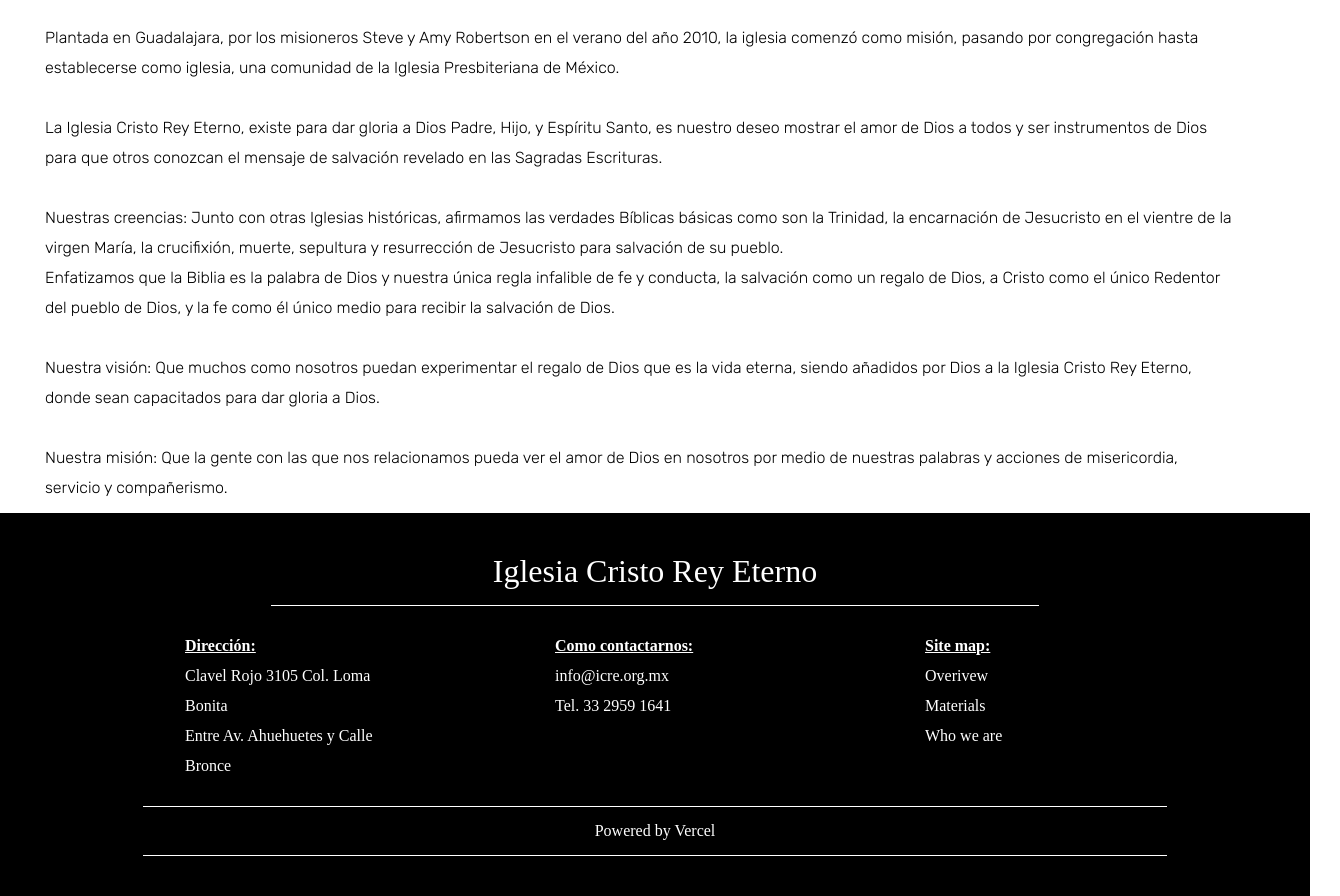
Repository: programmer686/Third-times-a-charm
Page: /About
These files come from the project's save history. The page is drawn as it stood at one moment and after the next save; the edit follows.
The browser window is 1280 px wide. The page is 1340 px wide, so the pictures cover 1340 px, including what lies to the right of the window. The pictures show the part of the page from y = 573 to 1469 px (the page is 1469 px tall).
The project was rebuilt for these pictures with package versions that can differ from the ones it lists, and the page was loaded fresh each time. The framework's server and built-in components were replaced by stand-ins that run in the browser. Also part of the build but not shown: next.config.js, src/styles/Layout.module.css.

Above is the page before, as saved 2023-04-24 20:19:28.

After the next save:
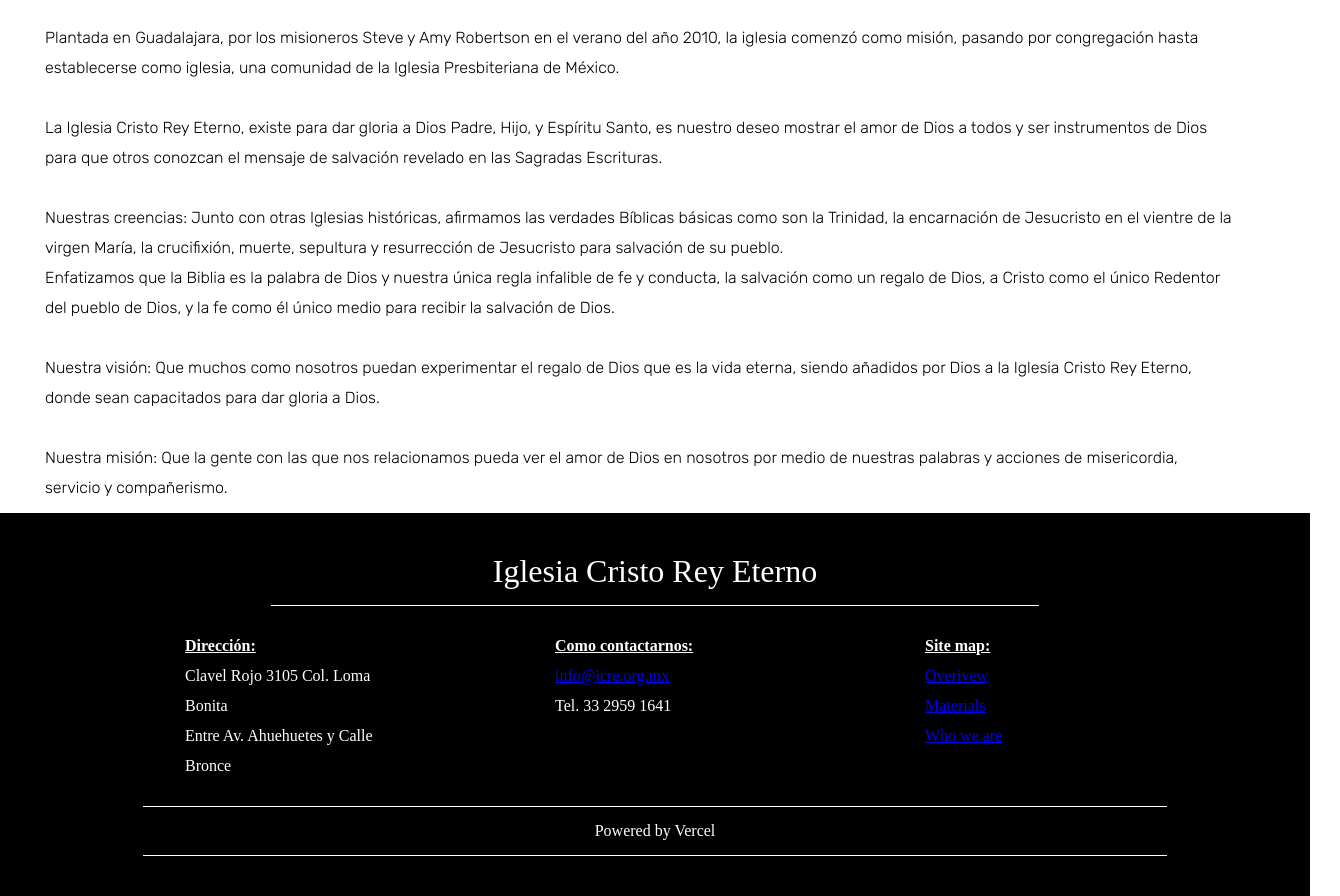
Saved 5 min 0 s later.
--- a/src/comps/Footer/Footer.tsx
+++ b/src/comps/Footer/Footer.tsx
@@ -1,4 +1,5 @@
 import styles from '@/styles/Footer.module.css'
+import Link from 'next/link'
 
 export default function Footer() {
     return (
@@ -15,16 +16,16 @@ export default function Footer() {
                 <div className={styles.footer_info__box}>
                     <p className={styles.footer_info__text}>
                         <strong><u>Como contactarnos:</u></strong><br/>
-                        info@icre.org.mx<br/>
+                        <a href="malito:info@icre.org.mx">info@icre.org.mx</a><br/>
                         Tel. 33 2959 1641 <br/>
                     </p>
                 </div>
                 <div className={styles.footer_info__box}>
                     <p className={styles.footer_info__text}>
                         <strong><u>Site map:</u></strong><br/>
-                        Overivew<br/>
-                        Materials<br/>
-                        Who we are<br/>
+                        <Link href="/" className={styles.footer__nav_link}>Overivew</Link><br/>
+                        <Link href="/Materials" className={styles.footer__nav_link}>Materials</Link><br/>
+                        <Link href="/About" className={styles.footer__nav_link}>Who we are</Link><br/>
                     </p>
                 </div>
             </div>
